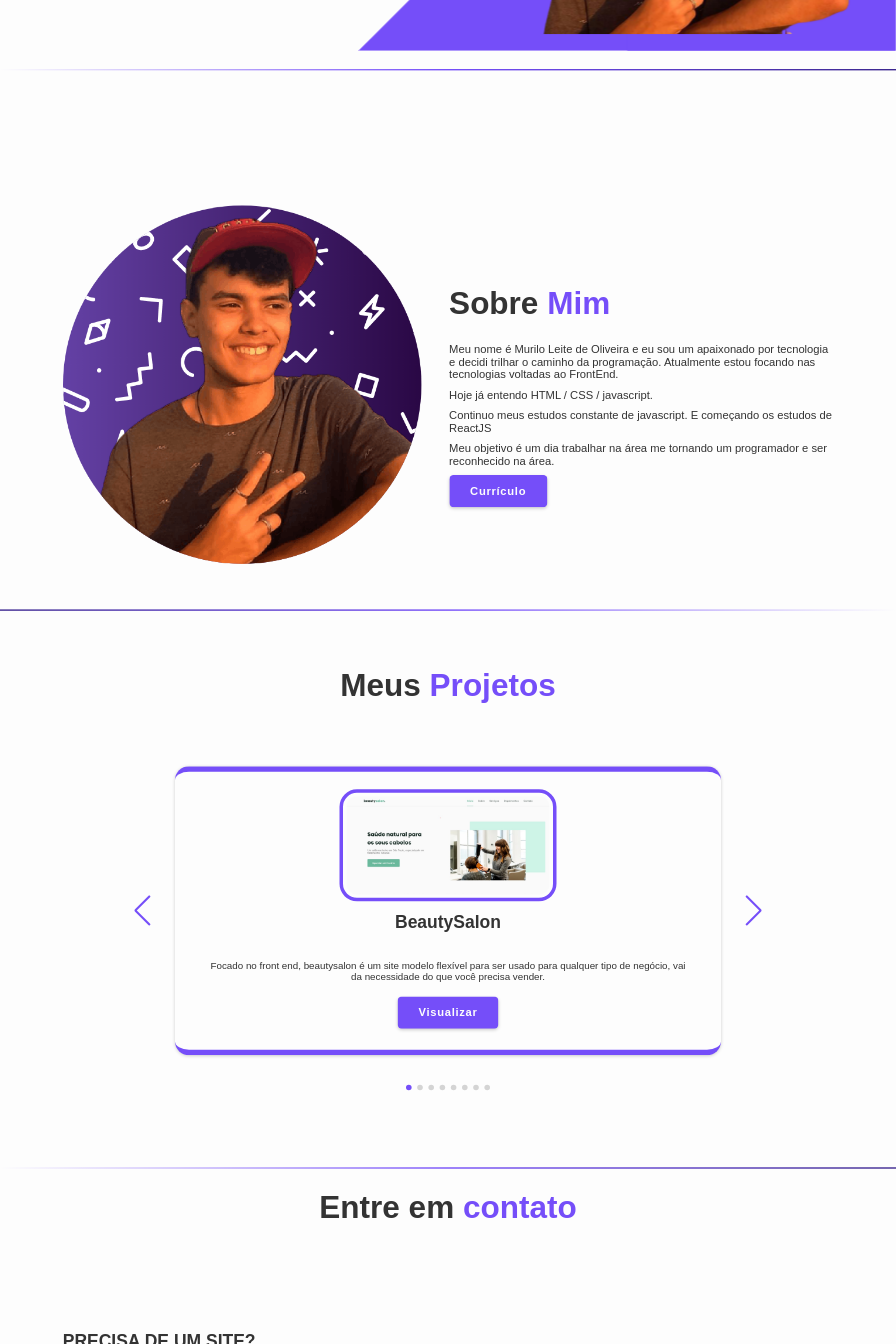
Repository: devMuriloOliveira/Portfolio-
Page: index.html
An editor plug-in stored every save of this project. The page is shown before and after the next save, followed by the edit.
The browser window is 1280 px wide. The pictures show the part of the page from y = 672 to 2592 px (the page is 3045 px tall before and 3087 px after), at 70% of full size.
Some web fonts or font styles are not loaded; a fallback is used.

Above is the page before, as saved 2023-03-15 18:21:08.

After the next save:
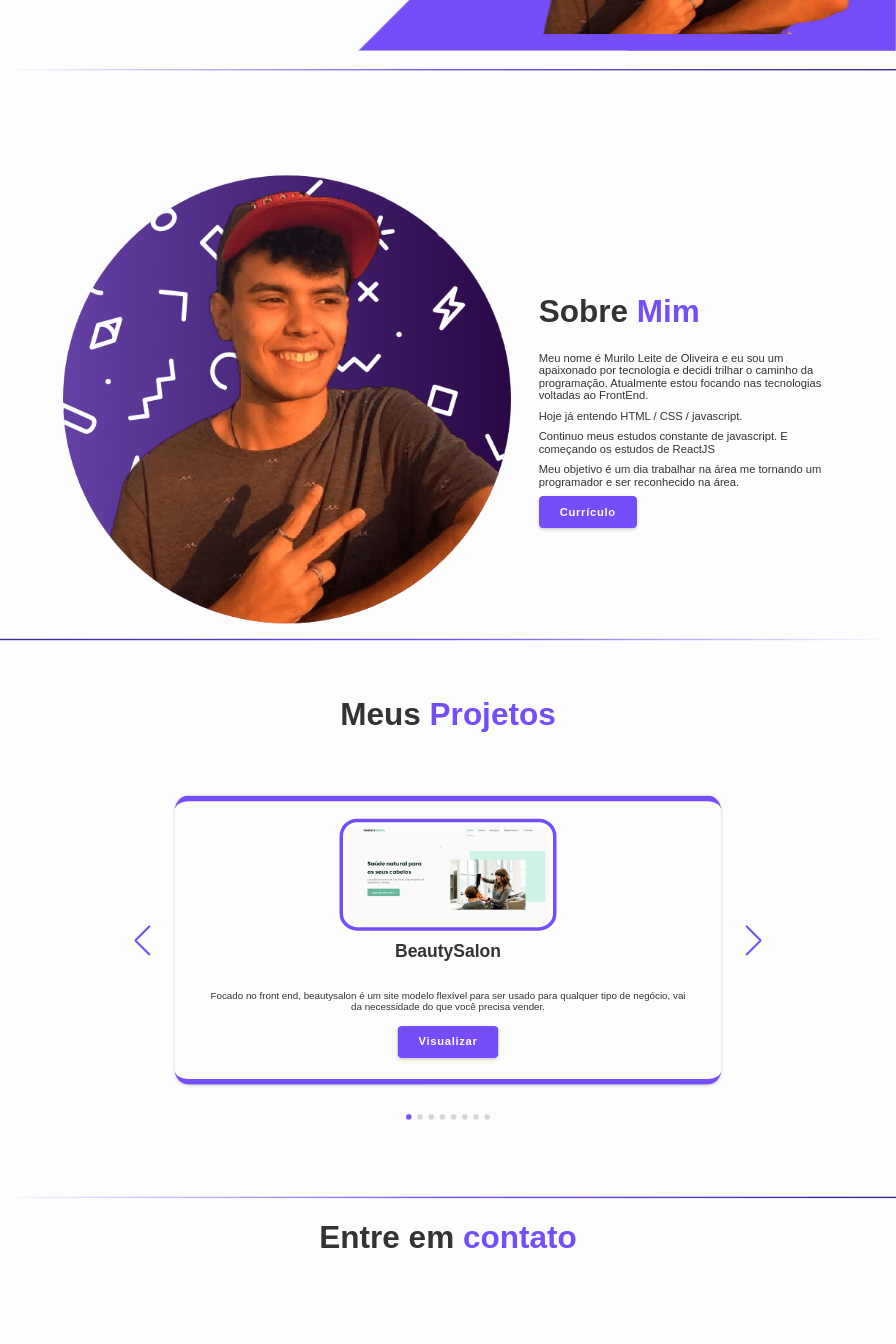
Saved 7 s later.
--- a/style.css
+++ b/style.css
@@ -315,7 +315,7 @@ span{
 }
 
 .sobre-img img{
-  width: 40vw;
+  width: 50vw;
 }
 
 .heading{
